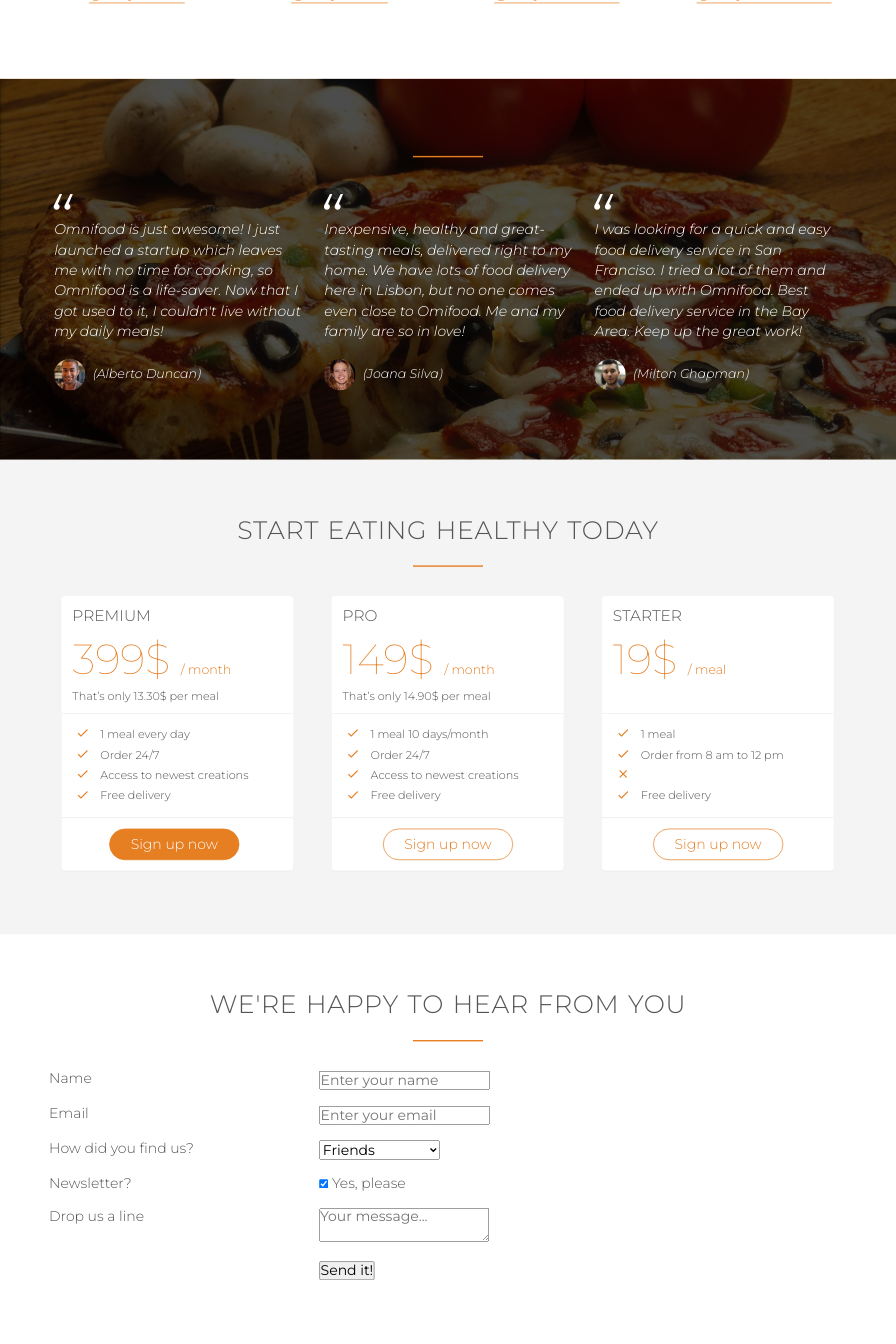
Repository: bbaryn/tasty-food-page
Page: index.html
The author's editor kept a copy of each file at every save. The page is drawn from the files as they stood at one save, then again after the next save.
The browser window is 1280 px wide. The pictures show the part of the page from y = 3254 to 5174 px (the page is 5174 px tall before and 5119 px after), at 70% of full size.
Backgrounds fixed to the window are drawn as part of the page.

Above is the page before, as saved 2019-03-28 10:05:32.

After the next save:
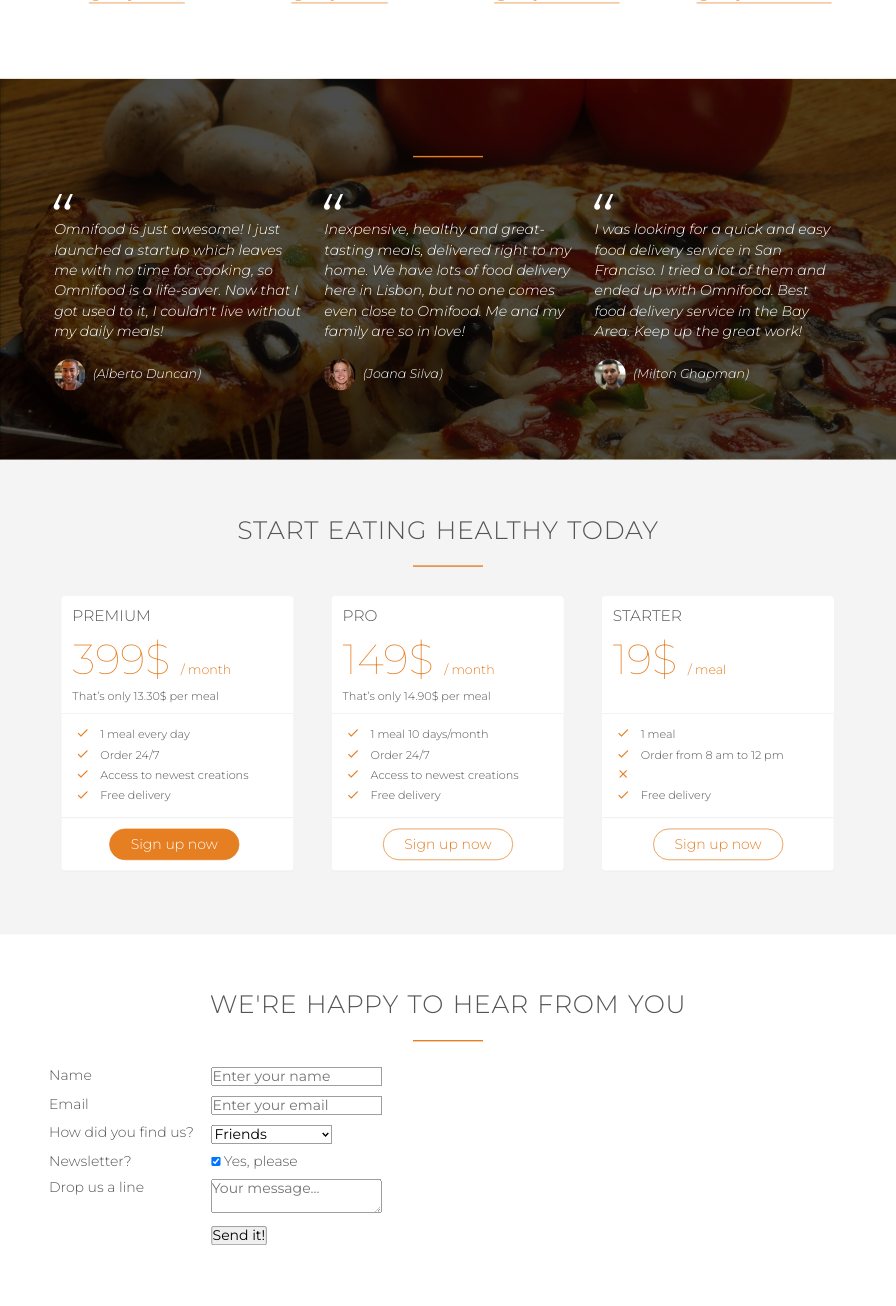
Saved 46 min 12 s later.
--- a/resources/css/style.css
+++ b/resources/css/style.css
@@ -449,3 +449,12 @@
 .plan-box ul li {
     padding: 5px 0;
 }
+
+/* ----------------------------------------------- */
+/* FORM */
+/* ----------------------------------------------- */
+
+.contact-form {
+    width: 60%;
+    margin-top: 0 auto;
+}
